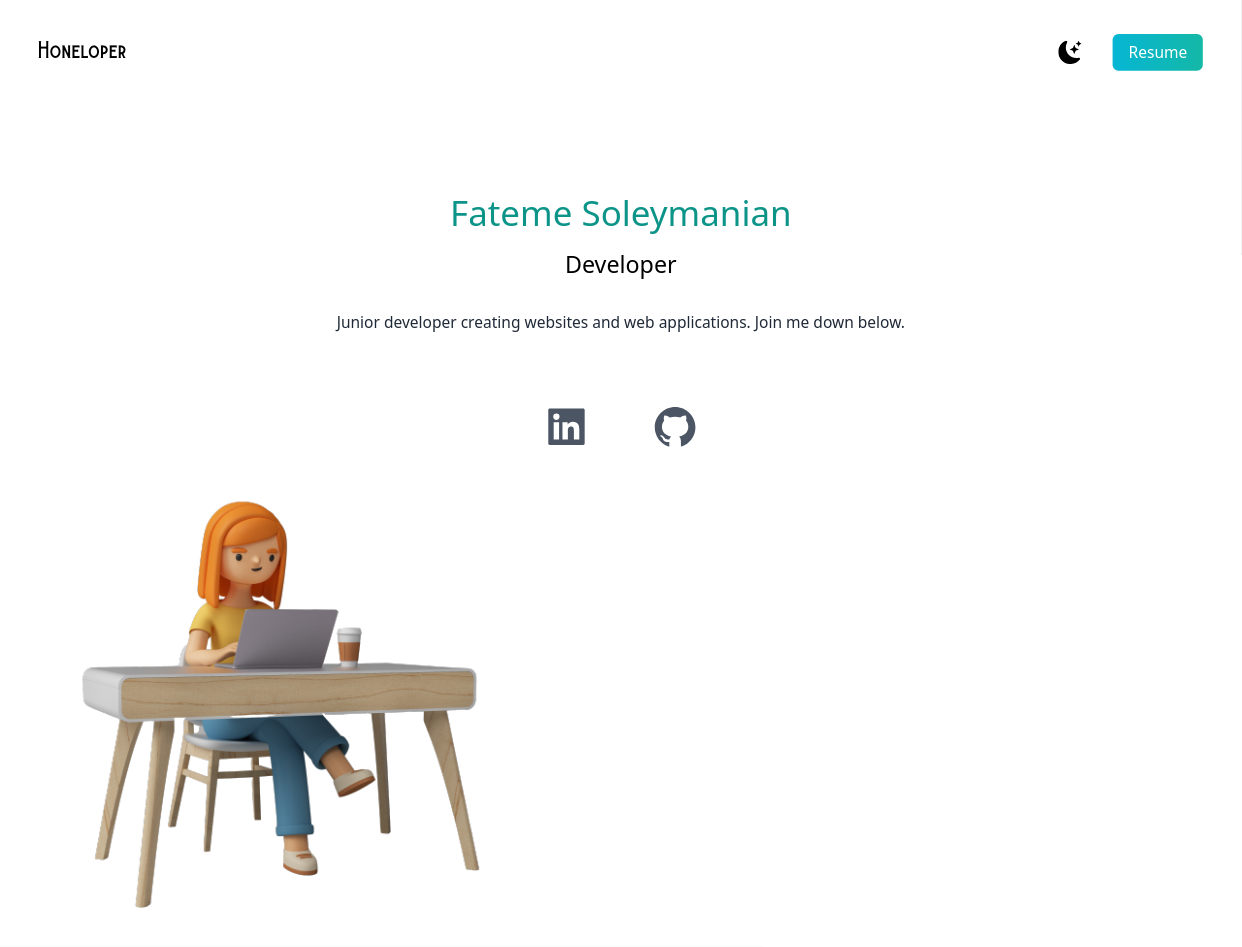
Repository: fatemesoleymanian/portfolio
Page: /
These files come from the project's save history. The page is drawn as it stood at one moment and after the next save; the edit follows.
The browser window is 1280 px wide. The pictures show the whole page, at 97% of full size.
The project was rebuilt for these pictures with package versions that can differ from the ones it lists, and the page was loaded fresh each time. The framework's server and built-in components were replaced by stand-ins that run in the browser. Also part of the build but not shown: next.config.js.

Above is the page before, as saved 2023-03-10 15:00:23.

After the next save:
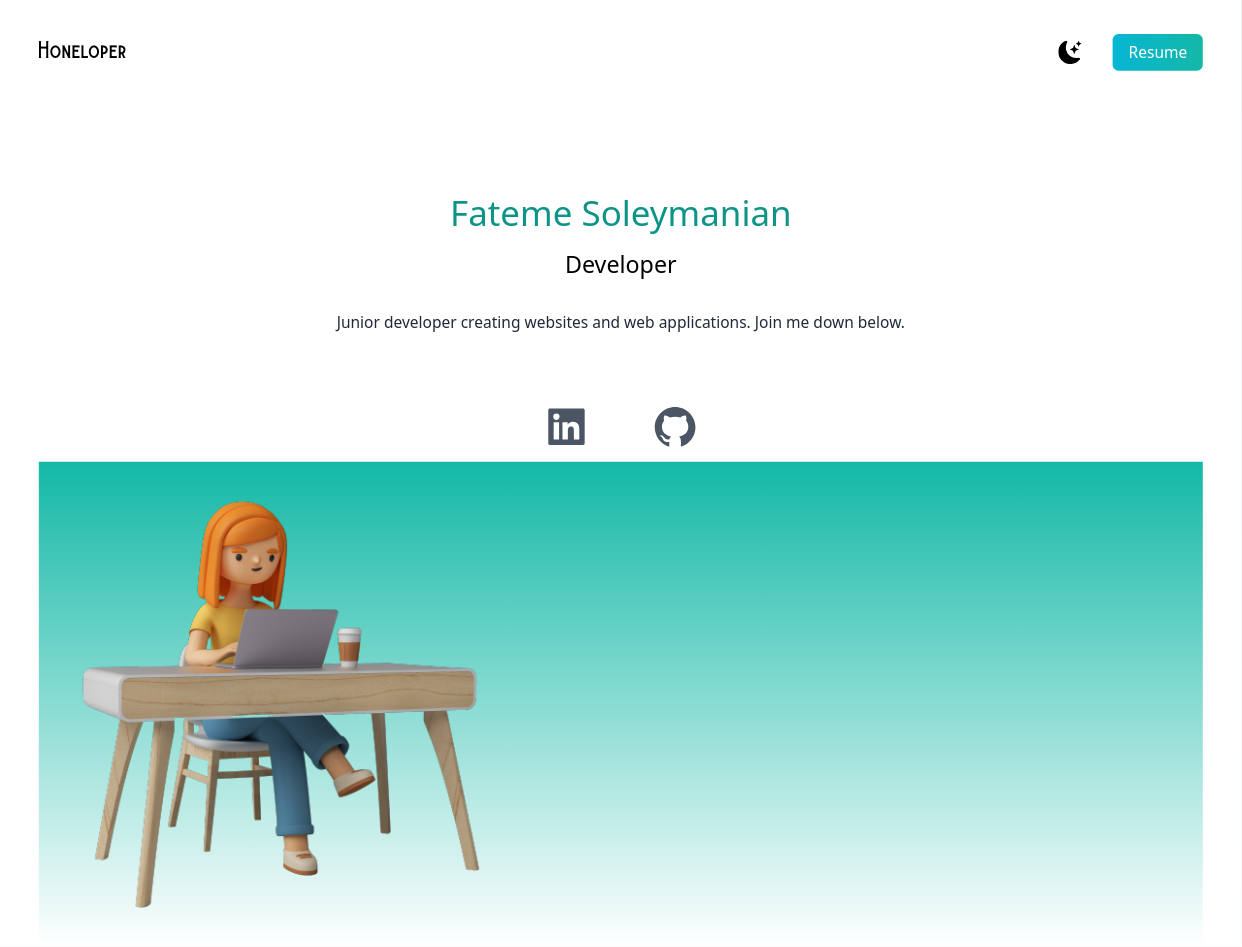
Saved 2 min 12 s later.
--- a/pages/index.js
+++ b/pages/index.js
@@ -40,7 +40,7 @@ export default function Home() {
               <AiFillGithub />
             </a>
           </div>
-          <div className='relative'>
+          <div className='relative bg-gradient-to-b from-teal-500'>
             <Image src={honeloper} alt="honeloper"
              />
           </div>
